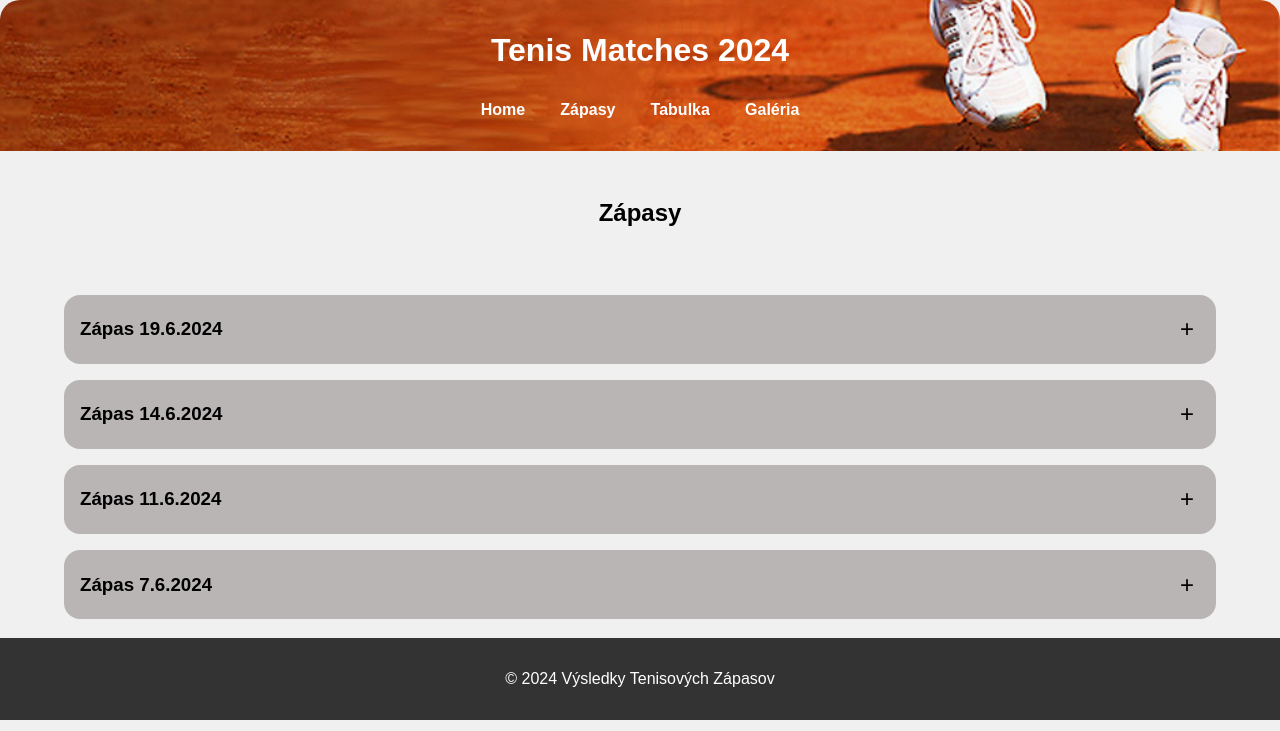
Repository: Badynko/tenis
Page: matches.html
The author's editor kept a copy of each file at every save. The page is drawn from the files as they stood at one save, then again after the next save.
The browser window is 1280 px wide. The pictures show the whole page.

Above is the page before, as saved 2024-07-23 18:18:58.

After the next save:
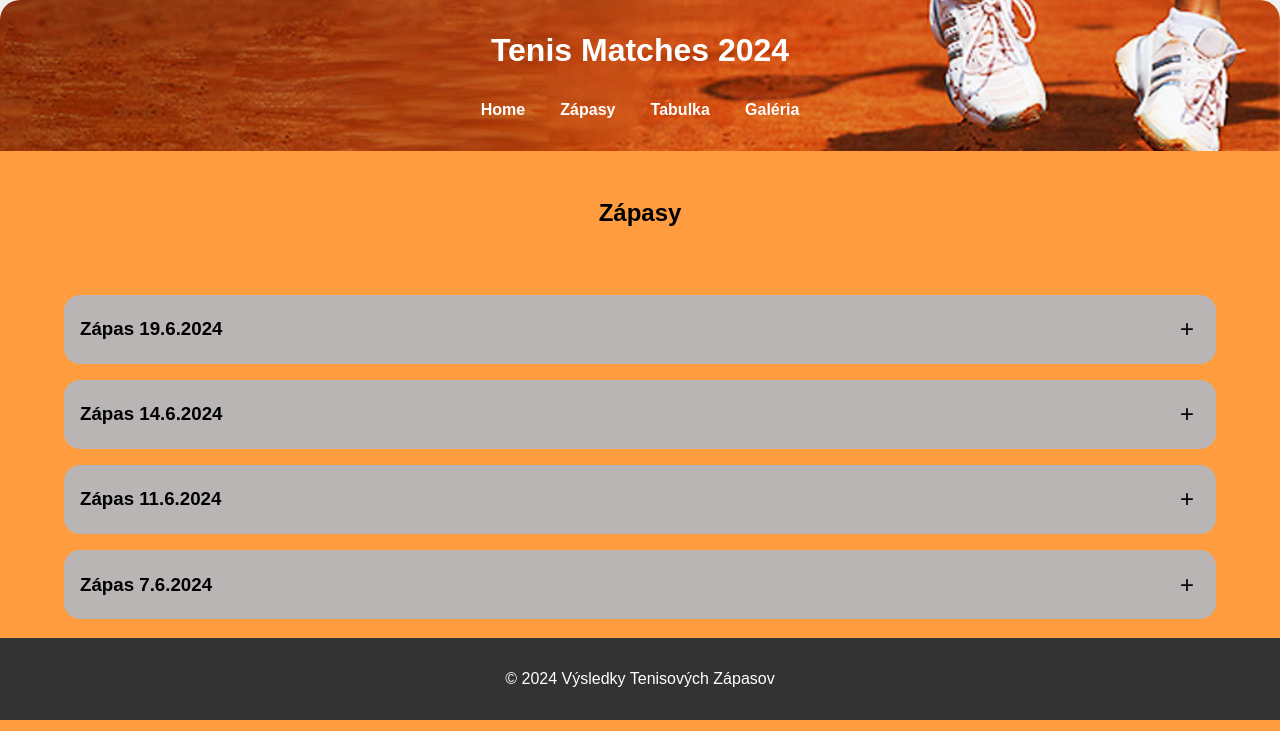
Saved 41 s later.
--- a/css/style.css
+++ b/css/style.css
@@ -50,6 +50,7 @@ nav {
 }
 
 main {
+  background-color: #ff9c3f;
   padding: 1rem;
   text-align: center;
 }
